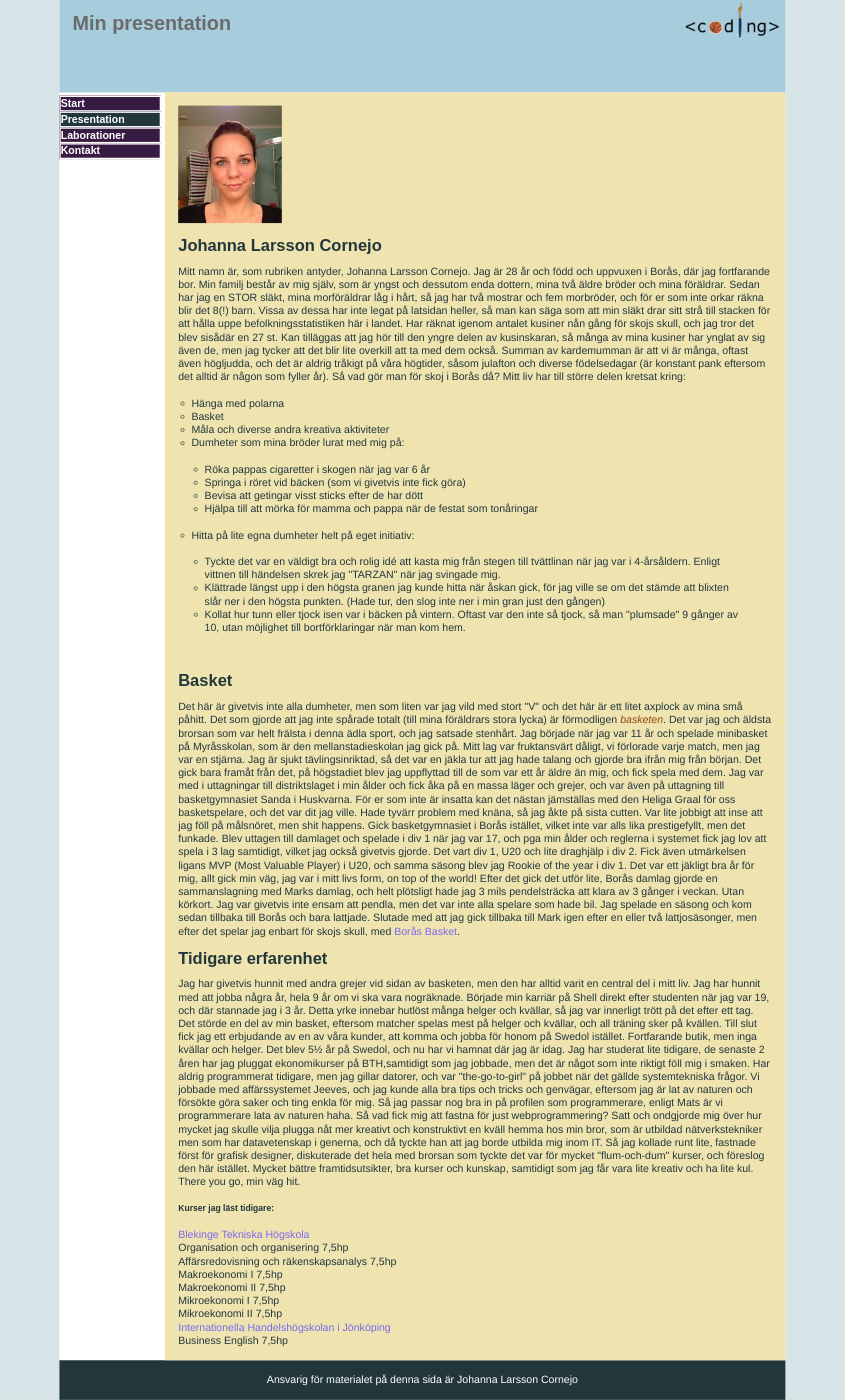
Repository: jc222fi/1ik415-laborationer
Page: pages/presentation.html
The author's editor kept a record of every edit. The page is drawn from the files as they stood at one moment, then again after the next edit.
The browser window is 1280 px wide. The pictures show the whole page, at 66% of full size.

Above is the page before.

### pages/presentation.html
<!doctype html>
<html>
    <head>
        <meta charset="utf-8" />
        <title>Presentation</title>
        <link rel="stylesheet" href="../css/style.css" />
    </head>
    <body>
    <div id="container">
        <div id="header">
            <header>
                <h1 id="presentation">Min presentation</h1>
            </header>
        </div>
        <div id="nav">
            <ul>
                <li><a href="../index.html">Start</a></li>
                <li><a href="#presentation" class="active">Presentation</a></li>
                <li><a href="laborationer.html">Laborationer</a></li>
                <li><a href="kontakt.html">Kontakt</a></li>
            </ul>
        </div>
    <div id="content">
        <img src="../pics/jag.jpg" alt="Bild på Johanna" />
        <!-- inledande presentation-->
        <h2>Johanna Larsson Cornejo</h2>
        <p>Mitt namn är, som rubriken antyder, Johanna Larsson Cornejo.
        Jag är 28 år och född och uppvuxen i Borås, där jag fortfarande bor.
        Min familj består av mig själv, som är yngst och dessutom enda dottern,
        mina två äldre bröder och mina föräldrar. Sedan har jag en STOR släkt,
        mina morföräldrar låg i hårt, så jag har två mostrar och fem morbröder,
        och för er som inte orkar räkna blir det 8(!) barn. Vissa av dessa har
        inte legat på latsidan heller, så man kan säga som att min släkt drar
        sitt strå till stacken för att hålla uppe befolkningsstatistiken här i
        landet. Har räknat igenom antalet kusiner nån gång för skojs skull, och
        jag tror det blev sisådär en 27 st. Kan tilläggas att jag hör till den
        yngre delen av kusinskaran, så många av mina kusiner har ynglat av sig
        även de, men jag tycker att det blir lite overkill att ta med dem också.
        Summan av kardemumman är att vi är många, oftast även högljudda, och det är
        aldrig tråkigt på våra högtider, såsom julafton och diverse födelsedagar
        (är konstant pank eftersom det alltid är någon som fyller år). Så vad
        gör man för skoj i Borås då? Mitt liv har till större delen kretsat kring:
        </p>
        <ul>
            <li>Hänga med polarna</li>
            <li>Basket</li>
            <li>Måla och diverse andra kreativa aktiviteter</li>
            <li>Dumheter som mina bröder lurat med mig på:
                <ul>
                    <li>Röka pappas cigaretter i skogen när jag var 6 år</li>
                    <li>Springa i röret vid bäcken (som vi givetvis inte fick göra)</li>
                    <li>Bevisa att getingar visst sticks efter de har dött</li>
                    <li>Hjälpa till att mörka för mamma och pappa när de festat
                    som tonåringar</li>
                </ul>
            </li>
            <li>Hitta på lite egna dumheter helt på eget initiativ:
                <ul><li>Tyckte det var en väldigt bra och rolig idé att kasta mig
                    från stegen till tvättlinan när jag var i 4-årsåldern. Enligt
                    vittnen till händelsen skrek jag "TARZAN" när jag svingade mig.</li>
                    <li>Klättrade längst upp i den högsta granen jag kunde hitta när
                        åskan gick, för jag ville se om det stämde att blixten
                        slår ner i den högsta punkten. (Hade tur, den slog inte
                        ner i min gran just den gången)</li>
                    <li>Kollat hur tunn eller tjock isen var i bäcken på vintern.
                        Oftast var den inte så tjock, så man "plumsade" 9 gånger
                        av 10, utan möjlighet till bortförklaringar när man kom hem.</li>
                </ul>
            </li>
        </ul>
        <!-- mitt absolut största intresse-->
        <h2>Basket</h2>
        <p>Det här är givetvis inte alla dumheter, men som liten var jag vild med stort "V"
        och det här är ett litet axplock av mina små påhitt. Det som gjorde att jag inte spårade
        totalt (till mina föräldrars stora lycka) är förmodligen <em id="strong">basketen</em>.
        Det var jag och äldsta brorsan som var helt frälsta i denna ädla sport,
        och jag satsade stenhårt. Jag började när jag var 11 år och spelade minibasket
        på Myråsskolan, som är den mellanstadieskolan jag gick på. Mitt lag var
        fruktansvärt dåligt, vi förlorade varje match, men jag var en stjärna.
        Jag är sjukt tävlingsinriktad, så det var en jäkla tur att jag hade talang
        och gjorde bra ifrån mig från början. Det gick bara framåt från det, på
        högstadiet blev jag uppflyttad till de som var ett år äldre än mig, och
        fick spela med dem. Jag var med i uttagningar till distriktslaget i min
        ålder och fick åka på en massa läger och grejer, och var även på uttagning
        till basketgymnasiet Sanda i Huskvarna. För er som inte är insatta kan
        det nästan jämställas med den Heliga Graal för oss basketspelare, och det
        var dit jag ville. Hade tyvärr problem med knäna, så jag åkte på sista cutten.
        Var lite jobbigt att inse att jag föll på målsnöret, men shit happens.
        Gick basketgymnasiet i Borås istället, vilket inte var alls lika prestigefyllt,
        men det funkade. Blev uttagen till damlaget och spelade i div 1 när jag var 17, och pga
        min ålder och reglerna i systemet fick jag lov att spela i 3 lag samtidigt, vilket jag
        också givetvis gjorde. Det vart div 1, U20 och lite draghjälp i div 2.
        Fick även utmärkelsen ligans MVP (Most Valuable Player) i U20, och
        samma säsong blev jag Rookie of the year i div 1. Det var ett jäkligt bra år för mig,
        allt gick min väg, jag var i mitt livs form, on top of the world! Efter det gick det
        utför lite, Borås damlag gjorde en sammanslagning med Marks damlag, och helt plötsligt
        hade jag 3 mils pendelsträcka att klara av 3 gånger i veckan. Utan körkort.
        Jag var givetvis inte ensam att pendla, men det var inte alla spelare som hade bil.
        Jag spelade en säsong och kom sedan tillbaka till Borås och bara lattjade.
        Slutade med att jag gick tillbaka till Mark igen efter en eller två lattjosäsonger,
        men efter det spelar jag enbart för skojs skull, med <a href="http://borasbasket.se/">Borås Basket</a>.
        </p>

        <h2>Tidigare erfarenhet</h2>
        <p>Jag har givetvis hunnit med andra grejer vid sidan av basketen, men den har alltid
        varit en central del i mitt liv. Jag har hunnit med att jobba några år, hela 9 år
        om vi ska vara nogräknade. Började min karriär på Shell direkt efter studenten när jag
        var 19, och där stannade jag i 3 år. Detta yrke innebar hutlöst många helger och kvällar,
        så jag var innerligt trött på det efter ett tag. Det störde en del av min basket,
        eftersom matcher spelas mest på helger och kvällar, och all träning sker på kvällen.
        Till slut fick jag ett erbjudande av en av våra kunder, att komma och jobba för honom
        på Swedol istället. Fortfarande butik, men inga kvällar och helger. Det blev 5½ år på
        Swedol, och nu har vi hamnat där jag är idag. Jag har studerat lite tidigare, de senaste
        2 åren har jag pluggat ekonomikurser på BTH,samtidigt som jag jobbade, men det är något
        som inte riktigt föll mig i smaken. Har aldrig programmerat tidigare, men jag gillar
        datorer, och var "the-go-to-girl" på jobbet när det gällde systemtekniska frågor. Vi
        jobbade med affärssystemet Jeeves, och jag kunde alla bra tips och tricks och genvägar,
        eftersom jag är lat av naturen och försökte göra saker och ting enkla för mig. Så jag
        passar nog bra in på profilen som programmerare, enligt Mats är vi programmerare lata av
        naturen haha. Så vad fick mig att fastna för just webprogrammering? Satt och ondgjorde
        mig över hur mycket jag skulle vilja plugga nåt mer kreativt och konstruktivt en kväll
        hemma hos min bror, som är utbildad nätverkstekniker men som har datavetenskap i generna,
        och då tyckte han att jag borde utbilda mig inom IT. Så jag kollade runt lite, fastnade
        först för grafisk designer, diskuterade det hela med brorsan som tyckte det var för
        mycket "flum-och-dum" kurser, och föreslog den här istället. Mycket bättre framtidsutsikter,
        bra kurser och kunskap, samtidigt som jag får vara lite kreativ och ha lite kul.
        There you go, min väg hit.
        </p>
        <h4>Kurser jag läst tidigare: </h4>
        <dl>
                <dt><a href="http://www.bth.se/">Blekinge Tekniska Högskola</a></dt>
                    <dd>Organisation och organisering 7,5hp</dd>
                    <dd>Affärsredovisning och räkenskapsanalys 7,5hp</dd>
                    <dd>Makroekonomi I 7,5hp</dd>
                    <dd>Makroekonomi II 7,5hp</dd>
                    <dd>Mikroekonomi I 7,5hp</dd>
                    <dd>Mikroekonomi II 7,5hp</dd>
                <dt><a href="http://hj.se/jibs.html">Internationella Handelshögskolan i Jönköping</a></dt>
                    <dd>Business English 7,5hp</dd>
        </dl>
    </div>
        <div id="footer">
            <footer>
                <p>Ansvarig för materialet på denna sida är Johanna Larsson Cornejo</p>
            </footer>
        </div>
    </div>
    </body>
</html>

### css/style.css
/* http://meyerweb.com/eric/tools/css/reset/
   v2.0 | 20110126
   License: none (public domain)
*/

html, body, div, span, applet, object, iframe,
h1, h2, h3, h4, h5, h6, p, blockquote, pre,
a, abbr, acronym, address, big, cite, code,
del, dfn, em, img, ins, kbd, q, s, samp,
small, strike, strong, sub, sup, tt, var,
b, u, i, center,
dl, dt, dd, ol, ul, li,
fieldset, form, label, legend,
table, caption, tbody, tfoot, thead, tr, th, td,
article, aside, canvas, details, embed,
figure, figcaption, footer, header, hgroup,
menu, nav, output, ruby, section, summary,
time, mark, audio, video {
	margin: 0;
	padding: 0;
	border: 0;
	font-size: 100%;
	font: inherit;
	vertical-align: baseline;
}

/*Layout*/
#container{
	max-width:1100px;
	margin:0 auto;
}
#header{
	max-width:1098;
	height:100px;
}
#nav{
	float:left;
	width:150px;
	margin-top:5px;
}
#content{
	float:right;
	width:900px;
}
#footer{
	clear:both;
	padding:20px;
}

/*
Background body:#D7E4E8
Background container: #FFFFFF
Background header: #A7CDDC
Background nav: #381B43
Background content: #EFE4B0
Background footer:#22373C
Text colour: #22373C
*/

body{
	background-color:#D7E4E8;

}
#container{
	background-color:#FFFFFF;
}
#header{
	background-color:#A7CDDC;
	color:#6B6B6B;
	background-image:url("pics/logo.png");
	background-position:right top;
	background-repeat:no-repeat;
	font-family:Arial, Gadget, sans-serif;
	font-size:30px;
	font-weight:bolder;
	padding:20px;
}
	#header img{
		float:right;
		}
	/*h1{
		color:#6B6B6B;
		font-family:Arial, Gadget, sans-serif;
		font-size:30px;
		font-weight:bolder;
		padding-bottom:20px;
	}*/
#nav{
	background-color:#381B43;
}
	#nav a{
		display:block;
		width:150px;
		border:2px solid white;
		color:white;
	}
		/*Länkar i menyn*/
		#nav a:link{background-color:#381B43; text-decoration:none;}
		#nav a:visited{background-color:#7F7F7F;text-decoration:none;}
		#nav a:focus{background-color:white;text-decoration:underline;color:black;}
		#nav a:hover{background-color:white;text-decoration:underline;color:black;}
		#nav a.active{background-color:#22373C;text-decoration:none;}
		#nav li{
		   font-family:Arial, Gadget, sans-serif;
			font-weight:bolder;
		}

#content{
	padding:20px;
	background-color:#EFE4B0;
	color:#22373C;
}
	/*Text och stil på mina rubriker*/
	h2, h3, h4, legend{
		font-family:Arial, Gadget, sans-serif;
		font-weight:bold;
		line-height:60px;
	}
		h2{
			font-size:25px;
		}
		h3, h4{
			font-size:small;
		}
	/*Mer övergripande text och stil*/
	#strong, p, li, table, dl, form{
		font-family:Helvetica, Verdana, sans-serif;
		line-height:20px;
	}
	#strong{
		font-style:italic;
	}

		font-style:italic;}
	/*Överskrift och signatur på mina blogginlägg*/
	.post, p em{
		font-family:"Comic Sans MS", cursive, sans-serif;
	}
		/*Bild lånad från http://www.skolbilder.com/Malarbild-blaeckpenna-i19373.html som uttryckligen
		säger att samtliga bilder får användas i privat, edukativt, icke-kommersiellt syfte*/
		#content h2.post{
			background-image:url("pics/bleckpenna.png");
			background-position:left top;
			background-repeat:no-repeat;
			text-indent:50px;
		}
	/*Signatur på mina blogginlägg*/
	p em{
		font-style:italic;
		color:#8B4513;
	}
	/*Tabell*/
	table, th, td{
		border:1px solid #22373C;
		padding:3px;
	}
	thead, tfoot{
		font-family:Arial, Gadget, sans-serif;
		font-weight:bold;
		line-height:25px;
		text-align:center;
	}
		tr:nth-of-type(odd){
			background-color:#22373C;
			color:white;
		}
		tr:nth-of-type(even){
			background-color:white;
		}
	/*Övriga länkar som inte är del av menyn*/
	#content a:link{color:#7B68EE; text-decoration:none;}
	#content a:visited{color:#8B0000; text-decoration:none;}
	#content a:focus{color:#778899; text-decoration:underline;}
	#content a:hover{color:#778899; text-decoration:underline;}
	#content a:active{color:white; text-decoration:none;}
	/*Formulär*/
	fieldset{
		border:1px solid #22373C;
		padding:10px;
		width:600px;
	}
	legend{
		padding:2px;
	}
	.label{
   	display: inline-block;
   	width: 170px;
   	text-align: left;
   	margin-right: 10px;
	}
	/*Listor*/
	#content ul{
		padding:20px;
		list-style-type:circle;
	}

#footer{
	background-color:#22373C;
	color:#FFFFFF;
	text-align:center;
}


/* HTML5 display-role reset for older browsers */
article, aside, details, figcaption, figure,
footer, header, hgroup, menu, nav, section {
	display: block;
}
body {
	line-height: 1;
}
ol, ul {
	list-style: none;
}
blockquote, q {
	quotes: none;
}
blockquote:before, blockquote:after,
q:before, q:after {
	content: '';
	content: none;
}
table {
	border-collapse: collapse;
	border-spacing: 0;
}

After the next edit:
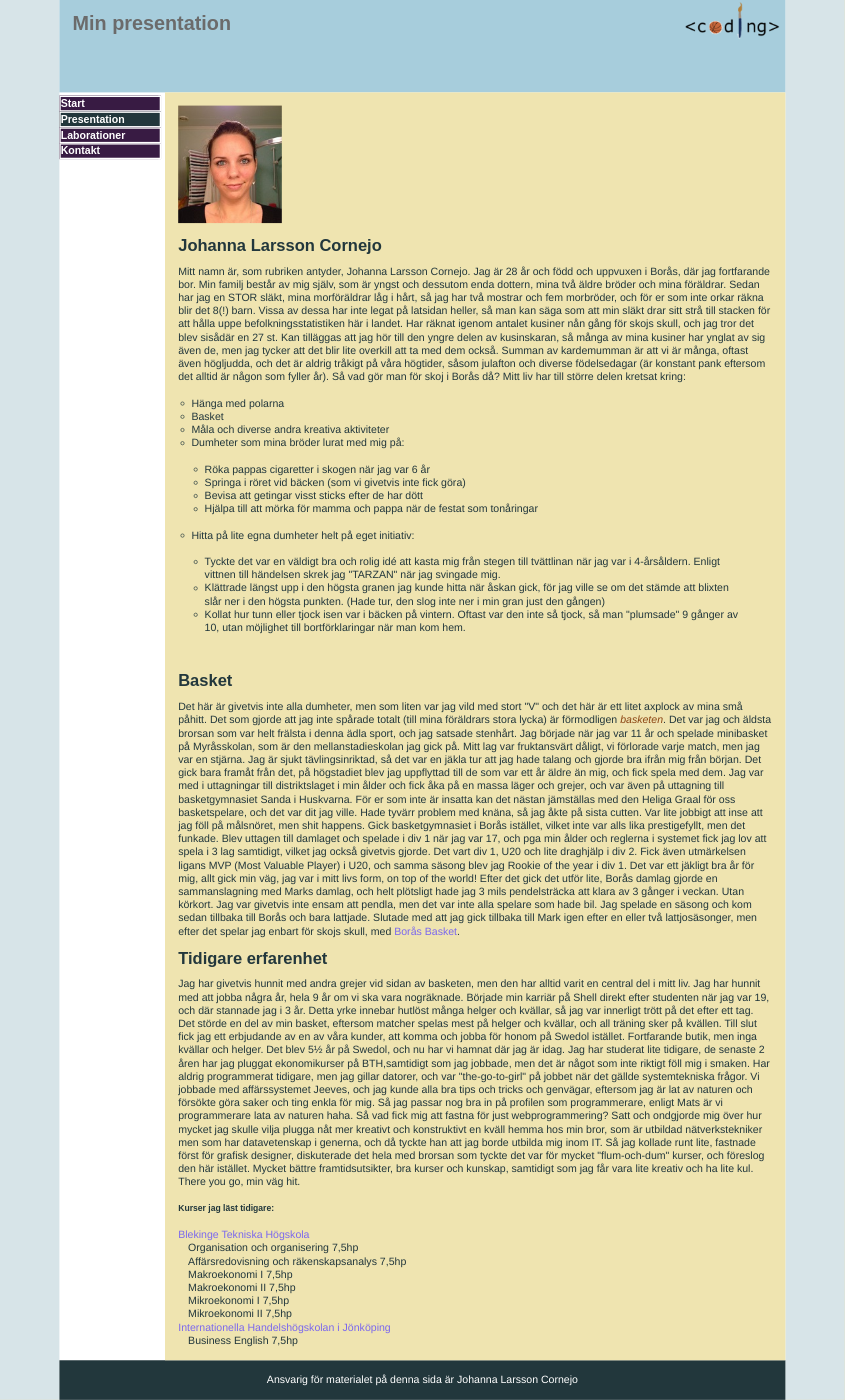
The edit:
--- a/css/style.css
+++ b/css/style.css
@@ -193,6 +193,9 @@
 		padding:20px;
 		list-style-type:circle;
 	}
+	#content dd{
+		text-indent:15px;
+	}
 
 #footer{
 	background-color:#22373C;
